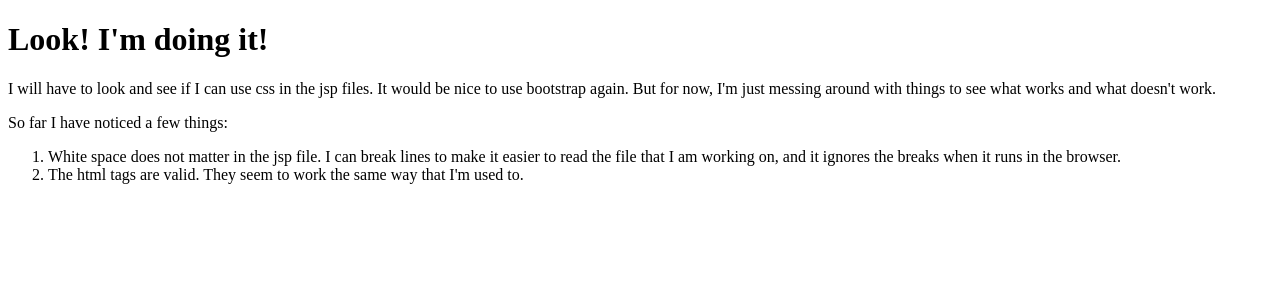
Repository: overbejt/UdemySpringMVC
Page: http://localhost/hello-World/login.do
An editor plug-in stored every save of this project. The page is shown before and after the next save, followed by the edit.
The browser window is 1280 px wide. The pictures show the whole page.
The page is served by Tomcat 9. Other server files are loaded and not shown.

Above is the page before, as saved 2018-12-25 04:56:08.

### hello-World/src/main/webapp/WEB-INF/views/login.jsp
<%@ page language="java" contentType="text/html; charset=UTF-8"
    pageEncoding="UTF-8"%>
<!DOCTYPE html PUBLIC "-//W3C//DTD HTML 4.01 Transitional//EN" "http://www.w3.org/TR/html4/loose.dtd">
<html>
<head>
<meta http-equiv="Content-Type" content="text/html; charset=UTF-8">
<title>This is awesome!!!!</title>
</head>

<body>
<h1>
Look! I'm doing it!
</h1>

<p>
I will have to look and see if I can use css in the
jsp files.  It would be nice to use bootstrap again.
But for now, I'm just messing around with things to
see what works and what doesn't work.
</p>

<p>
So far I have noticed a few things:
<ol>
<li>
White space does not matter in the jsp file.
I can break lines to make it easier to read the
file that I am working on, and it ignores the
breaks when it runs in the browser.
</li>
<li>
The html tags are valid.  They seem to work the
same way that I'm used to.
</li>
</ol>
</p>



</body>
</html>

### hello-World/src/main/java/webapp/LoginServlet.java
package webapp;

import java.io.IOException;
import java.io.PrintWriter;

import javax.servlet.ServletException;
import javax.servlet.annotation.WebServlet;
import javax.servlet.http.HttpServlet;
import javax.servlet.http.HttpServletRequest;
import javax.servlet.http.HttpServletResponse;

/*
 * Browser sends Http Request to Web Server
 *
 * Code in Web Server => Input:HttpRequest, Output: HttpResponse
 * JEE with Servlets
 *
 * Web Server responds with Http Response
 */

//Java Platform, Enterprise Edition (Java EE) JEE6

//Servlet is a Java programming language class
//used to extend the capabilities of servers
//that host applications accessed by means of
//a request-response programming model.

//1. extends javax.servlet.http.HttpServlet
//2. @WebServlet(urlPatterns = "/login.do")
//3. doGet(HttpServletRequest request, HttpServletResponse response)
//4. How is the response created?

@WebServlet(urlPatterns = "/login.do")
public class LoginServlet extends HttpServlet {

	@Override
	protected void doGet(HttpServletRequest request, HttpServletResponse response) throws IOException, ServletException {
		//I need to remember this line.  It is critical
		request.getRequestDispatcher("/WEB-INF/views/login.jsp").forward(request, response);

	}

}

After the next save:
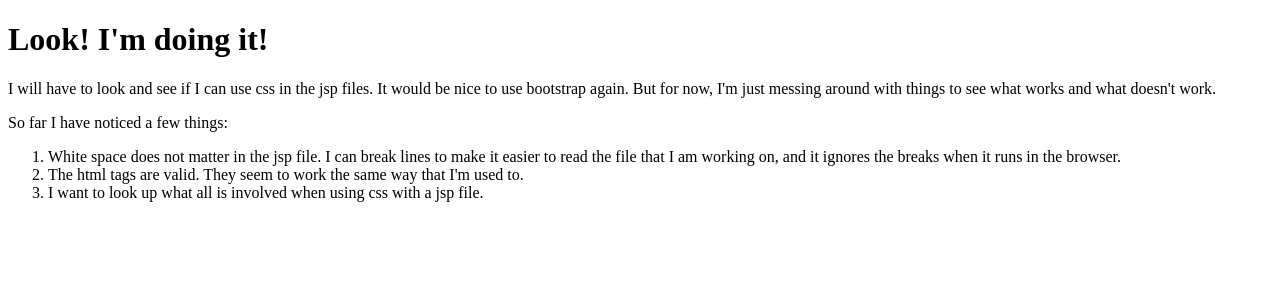
Saved 2 min 20 s later.
--- a/hello-World/src/main/webapp/WEB-INF/views/login.jsp
+++ b/hello-World/src/main/webapp/WEB-INF/views/login.jsp
@@ -32,6 +32,10 @@ breaks when it runs in the browser.
 The html tags are valid.  They seem to work the
 same way that I'm used to.
 </li>
+<li>
+I want to look up what all is involved when using
+css with a jsp file.
+</li>
 </ol>
 </p>
 
